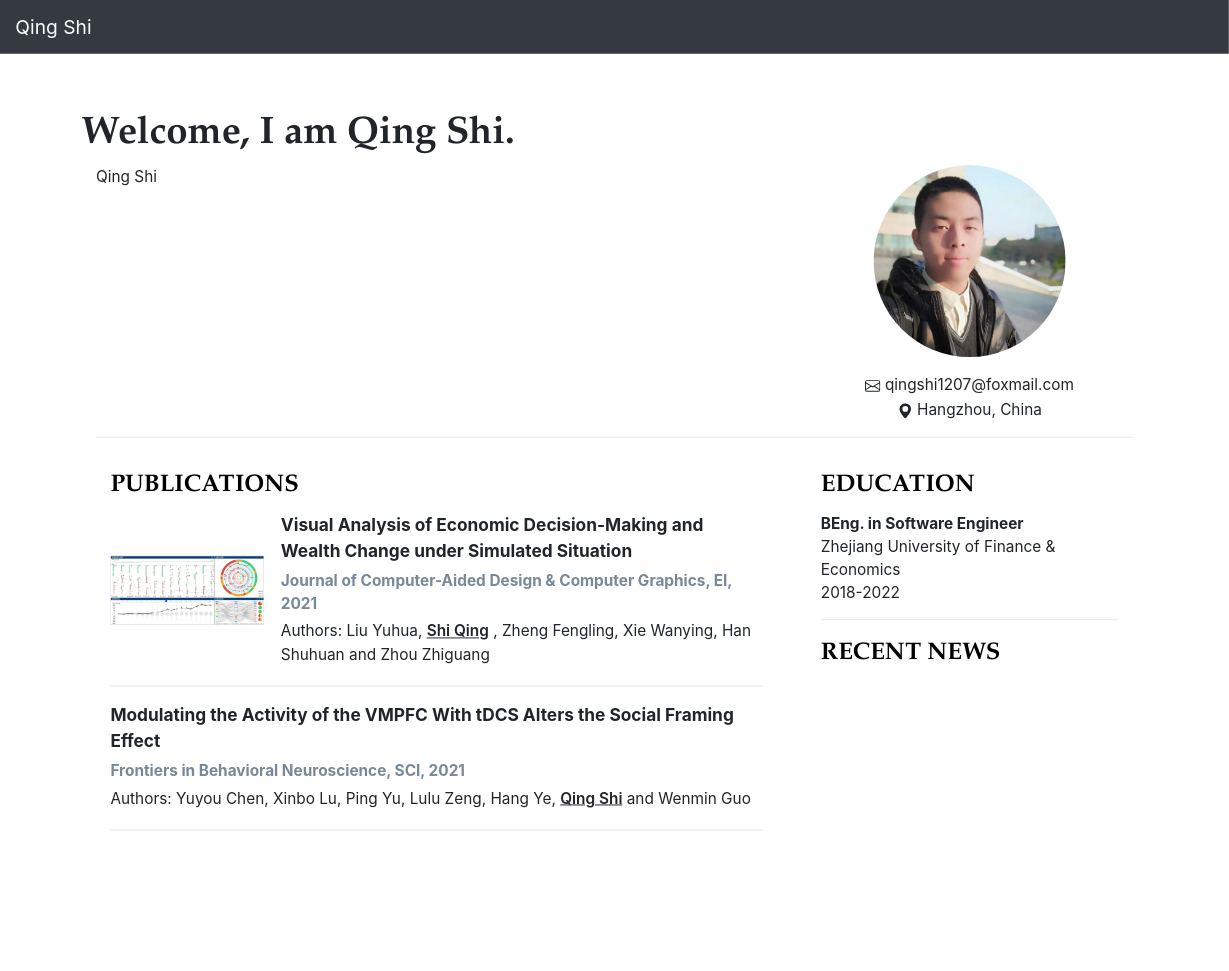
Repository: sqsssq/webpage
Page: index.html
These files come from the project's save history. The page is drawn as it stood at one moment and after the next save; the edit follows.
The browser window is 1280 px wide. The pictures show the whole page, at 96% of full size.
Some web libraries are served in a nearby version.

Above is the page before, as saved 2022-03-28 12:09:07.

### index.html
<!--
 * @Author: Qing Shi
 * @LastEditTime: 2022-03-28 12:09:07
 * @Knowledge:
 * @Description: my homepage
 * @Attention:
-->
<!doctype html>
<html lang="zh-CN">

<head>
    <!-- 必须的 meta 标签 -->
    <meta charset="utf-8">
    <meta name="viewport" content="width=device-width, initial-scale=1, shrink-to-fit=no">
    <title>Qing Shi</title>

    <!-- 新 Bootstrap4 核心 CSS 文件 -->
    <link rel="stylesheet" href="https://cdn.staticfile.org/twitter-bootstrap/4.3.1/css/bootstrap.min.css">

    <!-- jQuery文件。务必在bootstrap.min.js 之前引入 -->
    <script src="https://cdn.staticfile.org/jquery/3.2.1/jquery.min.js"></script>

    <!-- bootstrap.bundle.min.js 用于弹窗、提示、下拉菜单，包含了 popper.min.js -->
    <script src="https://cdn.staticfile.org/popper.js/1.15.0/umd/popper.min.js"></script>

    <!-- 最新的 Bootstrap4 核心 JavaScript 文件 -->
    <script src="https://cdn.staticfile.org/twitter-bootstrap/4.3.1/js/bootstrap.min.js"></script>

    <link rel="stylesheet" href="css/index.css">
    <link rel="shortcut icon" href="icon/bitbug_favicon.ico" />
</head>

<body>

    <nav class="navbar  navbar-dark bg-dark">
        <a class="navbar-brand" href="#">
            Qing Shi
        </a>

        <!-- <button type="button" class="btn btn-outline-primary">中/EN</button> -->
    </nav>

    <div class="container framework">
        <!-- Image and text -->
        <div class="webHeader row">
            <h1 id="ToptitleFont">Welcome, I am Qing Shi.</h1>
            <!-- <hr> -->
            <div class="webIntroduction col-lg-8">
                Qing Shi
            </div>

            <div class="webPhoto col-lg-4">
                <img src="figure/sq3.jpg">
                <div class="info">
                    <!-- <svg class="svg-inline--fa fa-envelope-square fa-w-14 fa-fw fa-lg mr-2" aria-hidden="true" focusable="false" data-prefix="fas" data-icon="envelope-square" role="img" xmlns="http://www.w3.org/2000/svg" viewBox="0 0 448 512" data-fa-i2svg=""><path fill="currentColor" d="M400 32H48C21.49 32 0 53.49 0 80v352c0 26.51 21.49 48 48 48h352c26.51 0 48-21.49 48-48V80c0-26.51-21.49-48-48-48zM178.117 262.104C87.429 196.287 88.353 196.121 64 177.167V152c0-13.255 10.745-24 24-24h272c13.255 0 24 10.745 24 24v25.167c-24.371 18.969-23.434 19.124-114.117 84.938-10.5 7.655-31.392 26.12-45.883 25.894-14.503.218-35.367-18.227-45.883-25.895zM384 217.775V360c0 13.255-10.745 24-24 24H88c-13.255 0-24-10.745-24-24V217.775c13.958 10.794 33.329 25.236 95.303 70.214 14.162 10.341 37.975 32.145 64.694 32.01 26.887.134 51.037-22.041 64.72-32.025 61.958-44.965 81.325-59.406 95.283-70.199z"></path></svg> -->
                    <svg xmlns="http://www.w3.org/2000/svg" width="16" height="16" fill="currentColor"
                        class="bi bi-envelope" viewBox="0 0 16 16">
                        <path
                            d="M0 4a2 2 0 0 1 2-2h12a2 2 0 0 1 2 2v8a2 2 0 0 1-2 2H2a2 2 0 0 1-2-2V4Zm2-1a1 1 0 0 0-1 1v.217l7 4.2 7-4.2V4a1 1 0 0 0-1-1H2Zm13 2.383-4.708 2.825L15 11.105V5.383Zm-.034 6.876-5.64-3.471L8 9.583l-1.326-.795-5.64 3.47A1 1 0 0 0 2 13h12a1 1 0 0 0 .966-.741ZM1 11.105l4.708-2.897L1 5.383v5.722Z" />
                    </svg>
                    qingshi1207@foxmail.com
                    <br>
                    <svg xmlns="http://www.w3.org/2000/svg" width="16" height="16" fill="currentColor"
                        class="bi bi-geo-alt-fill" viewBox="0 0 16 16">
                        <path
                            d="M8 16s6-5.686 6-10A6 6 0 0 0 2 6c0 4.314 6 10 6 10zm0-7a3 3 0 1 1 0-6 3 3 0 0 1 0 6z" />
                    </svg>
                    Hangzhou, China
                </div>
            </div>
        </div>
        <hr>
        <div class="webMain row">
            <div class="col-lg-8" style="padding-left: 30px; padding-right: 30px;">
                <div id="webPublication">
                    <h3 id="titleFont">
                        PUBLICATIONS
                    </h3>
                    <div class="totalPublic">
                        <div class="public">
                            <div class="row">
                                <div class="col sys">
                                    <img src="figure/fig1.jpg" alt="">
                                </div>
                                <div class="col-9">
                                    <p class="ptitle">
                                        Visual Analysis of Economic Decision-Making and Wealth Change under Simulated
                                        Situation
                                    </p>

                                    <p class="pub">
                                        <span class="full">Journal of Computer-Aided Design & Computer Graphics, EI,
                                            2021</span>
                                    </p>
                                    <p class="pauthor">
                                        <span class="author">Authors:&nbsp;Liu Yuhua,</span>
                                        <span class="me">Shi Qing</span>
                                        <span class="author">, Zheng Fengling, Xie Wanying, Han Shuhuan and Zhou
                                            Zhiguang</span>
                                    </p>
                                </div>
                            </div>
                        </div>
                        <hr>
                        <div class="public">
                            <div class="row">
                                <div class="col"></div>
                                <div class="col-12">
                                    <p class="ptitle">
                                        Modulating the Activity of the VMPFC With tDCS Alters the Social Framing
                                        Effect
                                    </p>

                                    <p class="pub">
                                        <span class="full">Frontiers in Behavioral Neuroscience, SCI, 2021</span>
                                    </p>
                                    <p class="pauthor">
                                        <span class="author">Authors:&nbsp;Yuyou Chen, Xinbo Lu, Ping Yu, Lulu Zeng,
                                            Hang Ye,</span>
                                        <span class="me">Qing Shi</span>
                                        <span class="author"> and Wenmin Guo</span>
                                    </p>
                                </div>
                            </div>
                        </div>
                    </div>
                </div>
                <hr>
            </div>
            <div class="col-lg-4" style="padding-right: 30px;padding-left: 30px;">
                <div id="webEducation">
                    <h3 id="titleFont">
                        <!-- ::before -->
                        EDUCATION
                    </h3>
                    <a style="font-weight: bold;">BEng. in Software Engineer</a>
                    <br>
                    Zhejiang University of Finance & Economics
                    <br>
                    2018-2022
                </div>
                <hr>
                <div id="webSkill">
                    <h3 id="titleFont">RECENT NEWS</h3>
                </div>
            </div>
        </div>
</body>

</html>

### css/index.css
* {
    margin: 0;
    padding: 0;
}

body {
    /* font-family:Georia,serif; */
    background: #ffffff;
    /* font-weight:bold; */
    /* font-size:15px; */
    /* color:#333;
    overflow: hidden; */
    -webkit-font-smoothing: antialiased;
}

.framework {
    /* height: 1000px; */
    margin-top: 30px;
    margin-bottom: 100px;
    padding: 30px 30px 30px 30px;
    width: 90%;
    /* border-color: black; */
    /* border-width: 3px; */
    /* border-style: solid; */
    /* box-shadow: darkgrey 0px 0px 30px 5px ; */
}

/* *, *::before, *::after {
    box-sizing: border-box;
} */

#ToptitleFont {
    /* Garamond */
    font-family: Garamond;
    font-weight: bold;
}

#titleFont {
    /* Garamond */
    font-family: Garamond;
    font-weight: bold;
    font-size: 25px;
    color: rgb(0, 0, 0);
    margin-top: 15px;
    line-height: 1.5;
}

.public {
}

.public p{
    margin-bottom: 5px;
    line-height: 1.5;

}

.public .ptitle {
    font-weight: 700;
    font-size: 18px;
}

.public .pauthor {
    font-size: 16px;
    font-weight: 400;
}

.public .me {
    font-weight: 600;
    text-decoration: underline;
}
.public .pub {
    display: flex;
    align-items: center;
    flex-wrap: wrap;
}

.public .full {
    font-size: 16px;
    font-weight: 700;
    color: lightslategray;
}

/* #titleFont:before {
    content: "";
    display: inline-block;
    width: 5px;
    height: 100%;
    background: #54b689;
    position: absolute;
    left: 0;
    top: 0;
} */

.webPhoto {
    /* align-items: center; */
    /* background-color: aqua; */
    display: flex;
    flex-direction: column;
    justify-content: center;
    align-items: center;
}

.webPhoto img {
    border-radius: 50%;
    height: 200px;
    width: 200px;
}

.sys {
    padding-right: 10px;
    /* display: table-cell; */
    align-items: center;
    vertical-align: middle;
}

.sys img {
    width: 90%;
    position: absolute;
    top: 50%;
    transform: translate(0%, -50%);
    /* margin: auto; */
}

img {
    /* display: table-cell; */
    vertical-align: middle;
    align-items: center;
    justify-content: center;
    border-style: none;
}

.webPhoto .info {
    margin-top: 15px;
    text-align: center;
    line-height: 1.64;
}

/*chrome--------------------------------------------start*/
::-webkit-scrollbar {
    width: 8px;
    height: 8px;
}

/* Track */
::-webkit-scrollbar-track {
    background: #ffffff;
    border-radius: 8px;
}

/* Handle */
::-webkit-scrollbar-thumb {
    background: rgb(201, 201, 202);
    border-radius: 8px;
}

/* Handle on hover */
::-webkit-scrollbar-thumb:hover {
    background: rgb(162, 162, 163);
}

.el-menu::-webkit-scrollbar,
.el-table__body-wrapper::-webkit-scrollbar {
    display: none;
}

.el-menu:hover::-webkit-scrollbar,
.el-table__body-wrapper:hover::-webkit-scrollbar {
    display: block;
}

/*chrome--------------------------------------------end*/

After the next save:
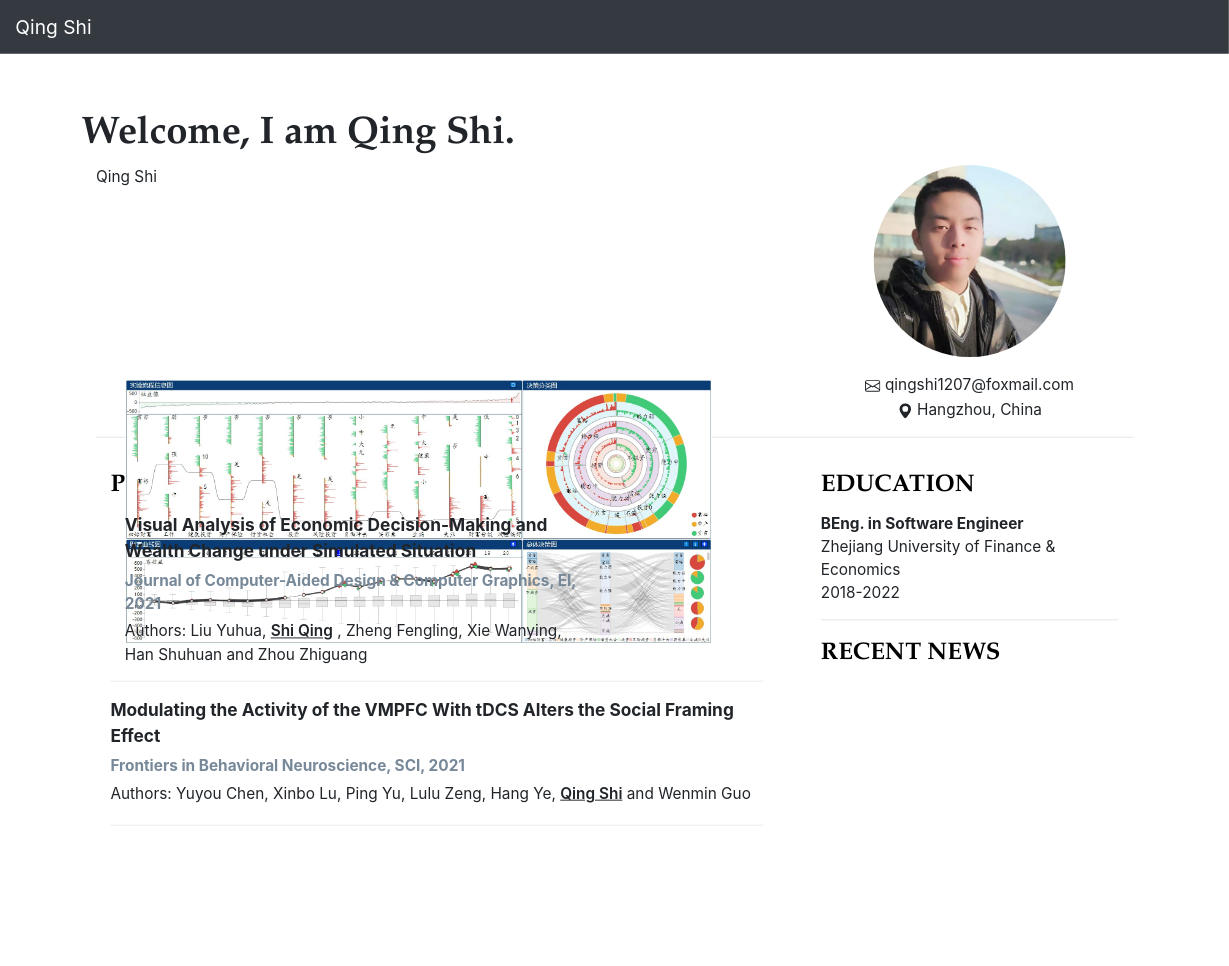
Saved 7 min 39 s later.
--- a/index.html
+++ b/index.html
@@ -1,6 +1,6 @@
 <!--
  * @Author: Qing Shi
- * @LastEditTime: 2022-03-28 12:09:07
+ * @LastEditTime: 2022-03-28 12:16:46
  * @Knowledge:
  * @Description: my homepage
  * @Attention:
@@ -78,7 +78,7 @@
                     </h3>
                     <div class="totalPublic">
                         <div class="public">
-                            <div class="row">
+                            <div class="">
                                 <div class="col sys">
                                     <img src="figure/fig1.jpg" alt="">
                                 </div>
